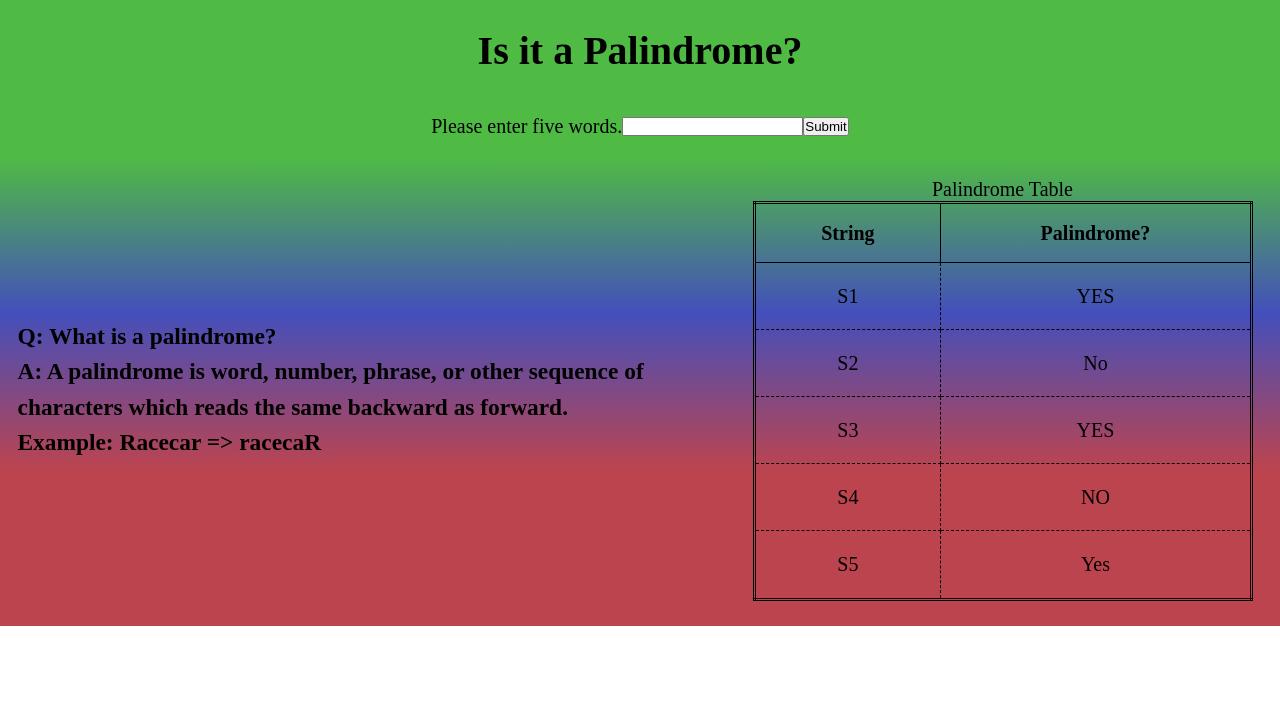
Repository: mlmEFSC21/P18-Palindrome-Table
Page: palindrome.html
These files come from the project's save history. The page is drawn as it stood at one moment and after the next save; the edit follows.
The browser window is 1280 px wide. The pictures show the whole page.

Above is the page before, as saved 2022-04-03 18:24:26.

### palindrome.html
<!DOCTYPE html>
<html lang="en">
    <head>
        <meta charset="UTF-8" />
        <meta http-equiv="X-UA-Compatible" content="IE=edge" />
        <meta name="viewport" content="width=device-width, initial-scale=1.0" />
        <link rel="stylesheet" href="palindrome.css" />
        <script defer src="palindrome.js"></script>
        <title>Palindrome Table</title>
    </head>
    <body>
        <header class="mainHeader">
            <h1>Is it a Palindrome?</h1>
        </header>
        <div class="mainContent">
            <div class="formContainer" id="formContainer">
                <form class="palindromeForm" id="palindromeForm">
                    <label for="stringInput">Please enter five words.</label>
                    <input
                        type="text"
                        name="stringInput"
                        class="stringInput"
                        id="stringInput"
                        required
                    />
                    <button type="submit" class="submit-btn" id="submit-btn">Submit</button>
                </form>
            </div>
            <div class="tableContainer" id="tableContainer">
                <div class="definition">
                    <h3>
                        <p>Q: What is a palindrome?</p>
                        <p>
                            A: A palindrome is word, number, phrase, or other sequence of characters
                            which reads the same backward as forward.
                        </p>
                        <p>Example: Racecar => racecaR</p>
                    </h3>
                </div>
                <table>
                    <caption>
                        Palindrome Table
                    </caption>
                    <thead>
                        <tr>
                            <th>String</th>
                            <th>Palindrome?</th>
                        </tr>
                    </thead>
                    <tbody>
                        <tr>
                            <td class="string">S1</td>
                            <td class="yes-no">YES</td>
                        </tr>
                        <tr>
                            <td class="string">S2</td>
                            <td class="yes-no">No</td>
                        </tr>
                        <tr>
                            <td class="string">S3</td>
                            <td class="yes-no">YES</td>
                        </tr>
                        <tr>
                            <td class="string">S4</td>
                            <td class="yes-no">NO</td>
                        </tr>
                        <tr>
                            <td class="string">S5</td>
                            <td class="yes-no">Yes</td>
                        </tr>
                    </tbody>
                </table>
            </div>
        </div>
    </body>
</html>

### palindrome.css
*,
*::after,
*::before {
    box-sizing: border-box;
    margin: 0;
    padding: 0;
}
body {
    font-size: 1.25rem;
    background-image: linear-gradient(#4fbb44 25%, #444fbb 50%, #bb444f 75%);
    background-repeat: no-repeat;
    background-size: cover;
}
header {
    display: flex;
    align-items: center;
    justify-content: center;
    height: 100px;
}
.mainContent {
    display: flex;
    flex-wrap: wrap;
}
.formContainer {
    width: 100vw;
    margin: 10px, auto;
    padding: 15px;
}
form {
    display: flex;
    justify-content: center;
    align-items: center;
}
.tableContainer {
    display: flex;
    justify-content: space-around;
    align-items: space-around;
    padding: 15px;
}
.definition {
    justify-self: center;
    align-self: center;
    flex-wrap: wrap;
    flex-basis: 720px;
    line-height: 1.5;
}
table {
    border-collapse: collapse;
    border: 3px double black;
    margin: 10px;
    padding: 10px;
    width: 500px;
    height: 400px;
    text-align: center;
}
th {
    height: 60px;
    border: 1px solid black;
    padding: 15px;
}
tr,
td {
    height: 30px;
    border: 1px dashed black;
    padding: 10px;
}

Loaded but not shown: palindrome.js (no stored copy; drawn as an empty file)

After the next save:
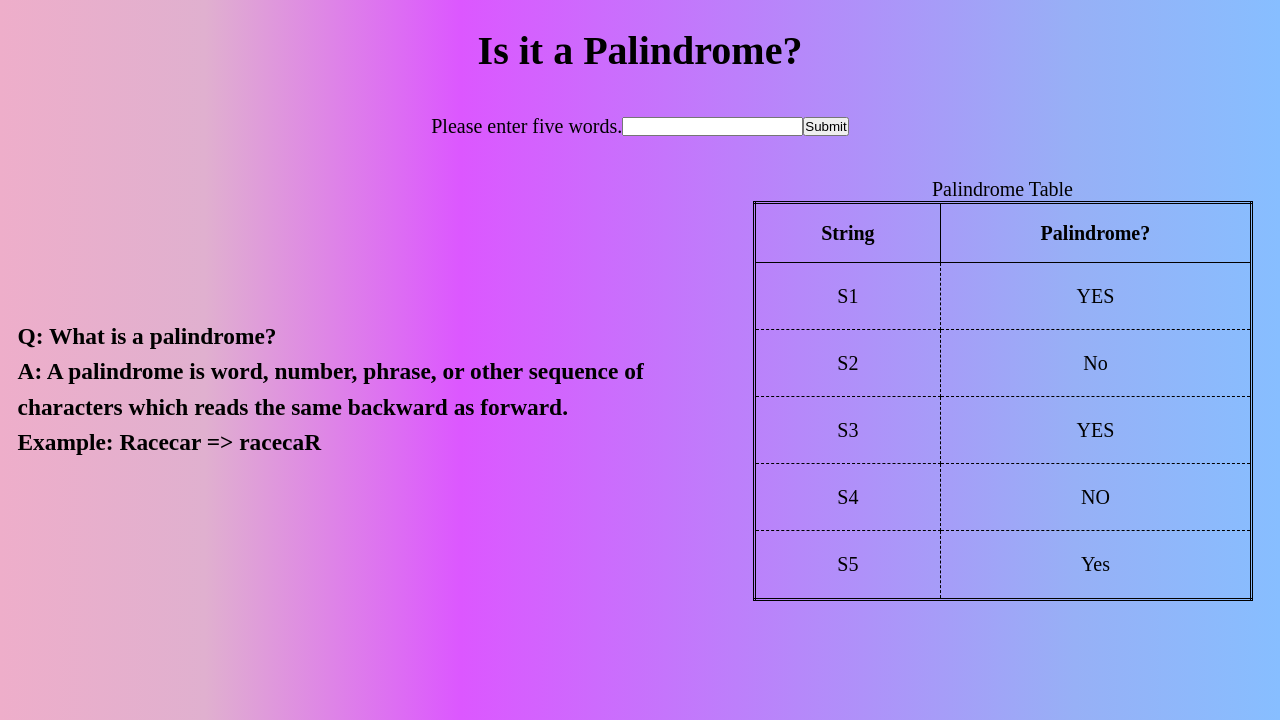
Saved 3 min 21 s later.
--- a/palindrome.css
+++ b/palindrome.css
@@ -7,9 +7,15 @@
 }
 body {
     font-size: 1.25rem;
-    background-image: linear-gradient(#4fbb44 25%, #444fbb 50%, #bb444f 75%);
-    background-repeat: no-repeat;
-    background-size: cover;
+    background: rgb(238, 174, 202);
+    background: linear-gradient(
+        90deg,
+        rgba(238, 174, 202, 1) 0%,
+        rgba(224, 176, 207, 1) 16%,
+        rgba(220, 87, 255, 1) 36%,
+        rgba(151, 176, 246, 1) 84%,
+        rgba(135, 190, 255, 1) 100%
+    );
 }
 header {
     display: flex;
